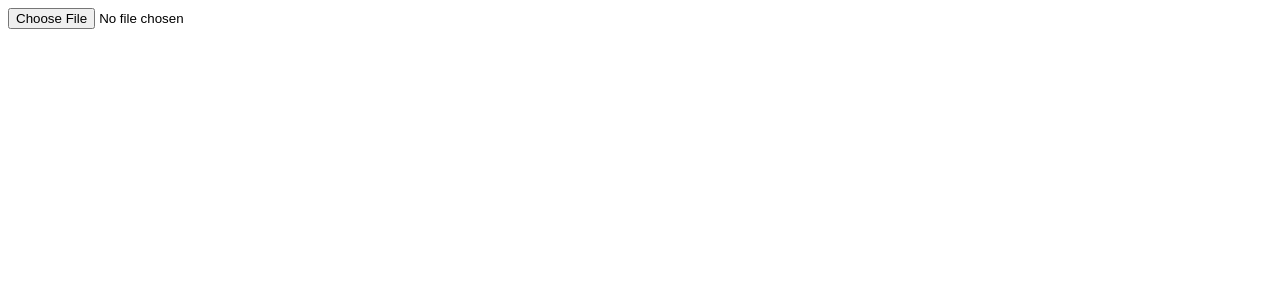
Repository: maxchv/JavaLessons
Page: http://localhost/Gallery/
An editor plug-in stored every save of this project. The page is shown before and after the next save, followed by the edit.
The browser window is 1280 px wide. The pictures show the whole page.
The page is served by Tomcat 9.

Above is the page before, as saved 2016-04-20 16:52:27.

After the next save:
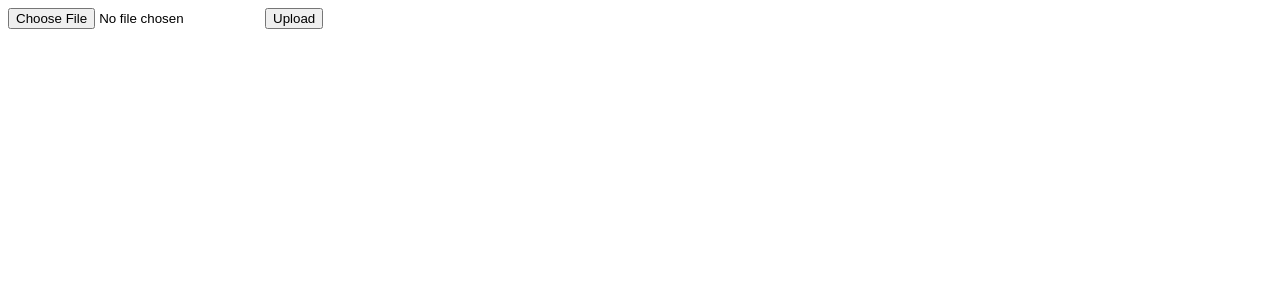
Saved 34 s later.
--- a/Lesson19/workspace/Gallery/WebContent/index.jsp
+++ b/Lesson19/workspace/Gallery/WebContent/index.jsp
@@ -9,6 +9,7 @@
 <body>
 	<form action="UploadImages" method="post" enctype="multipart/data-form">
 		<input type="file" name="img"/>
+		<input type="submit" value="Upload" />
 	</form>
 </body>
 </html>
